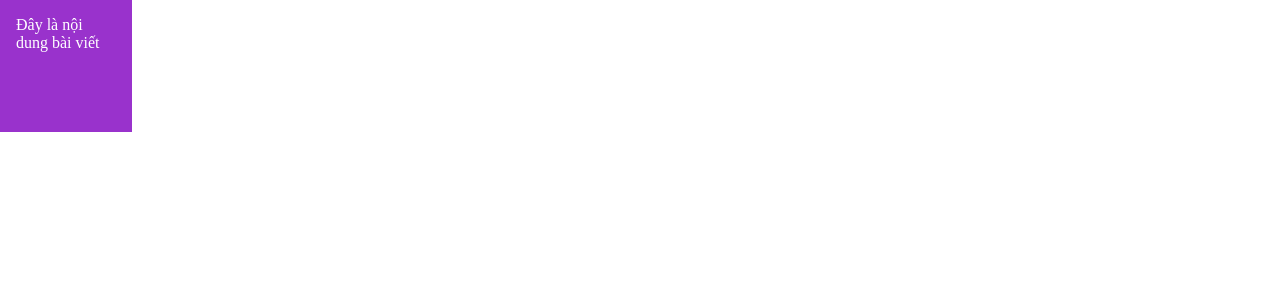
Repository: critdang/electro_store
Page: javascript_project/HTML &CSS practice/index.html
The author's editor kept a copy of each file at every save. The page is drawn from the files as they stood at one save, then again after the next save.
The browser window is 1280 px wide. The pictures show the whole page.

Above is the page before, as saved 2021-10-01 22:22:37.

After the next save:
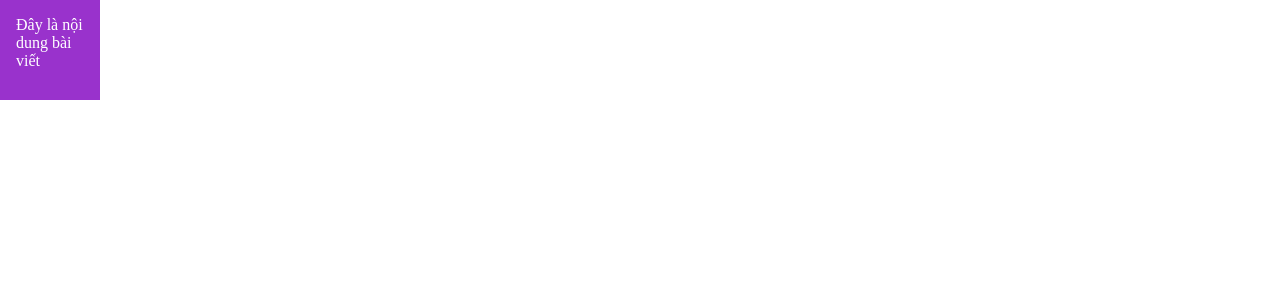
Saved 27 s later.
--- a/javascript_project/HTML &CSS practice/index.html
+++ b/javascript_project/HTML &CSS practice/index.html
@@ -8,8 +8,8 @@
         <style>
             html,body{margin:0}
             .box{
-                width:100px;
-                height:100px;
+                width:68px;
+                height:68px;
                 color: #fff;
 
                 background-color: darkorchid;

After the 4 saves that followed:
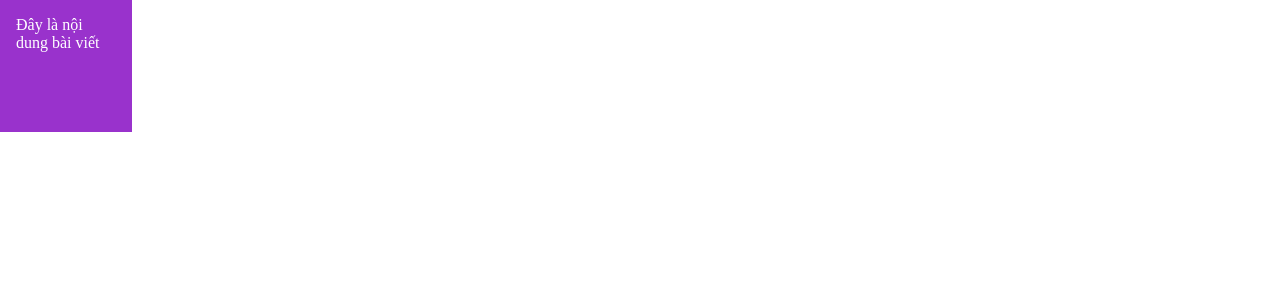
The 4 saves are shown as one change because 3 left the picture as it was.
The last was saved 4 min 25 s later.
--- a/javascript_project/HTML &CSS practice/index.html
+++ b/javascript_project/HTML &CSS practice/index.html
@@ -6,16 +6,18 @@
         <meta name="viewport" content="width=device-width, initial-scale=1.0">
         <title>Document</title>
         <style>
-            html,body{margin:0}
+            html,body{
+                margin:0
+            }
             .box{
-                width:68px;
-                height:68px;
+                width:100px;
+                height:100px;
                 color: #fff;
-
                 background-color: darkorchid;
                 padding: 16px;
+                box-sizing: content-box;
+                /* box-sizing: border-box; chiều ngang bằng tổng border padding content  */
             }
-
         </style>
     </head>
     <body>
